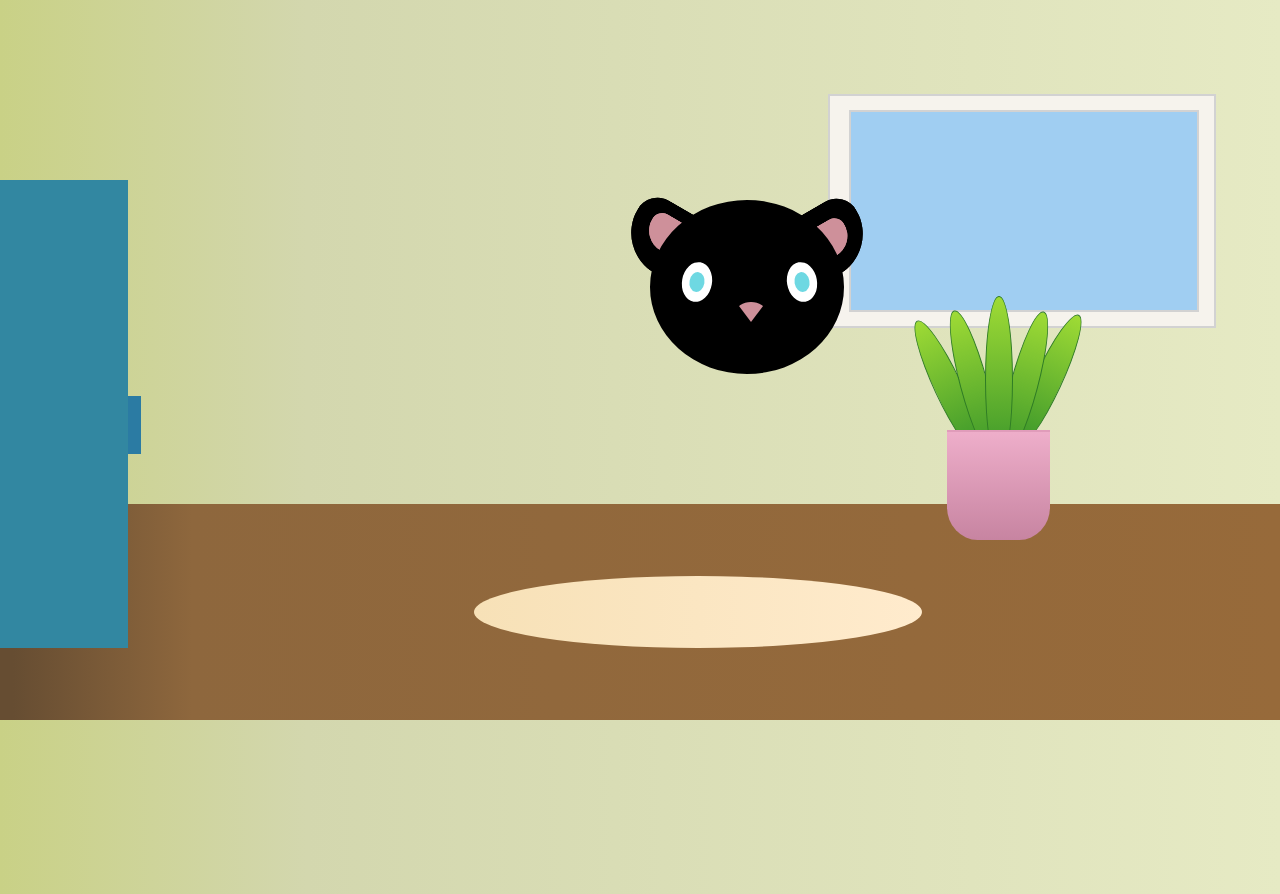
Repository: SandyLy453/COMP-2170-team-project
Page: index.html
An editor plug-in stored every save of this project. The page is shown before and after the next save, followed by the edit.
The browser window is 1280 px wide. The pictures show the whole page.

Above is the page before, as saved 2024-05-03 13:04:01.

### index.html
<!DOCTYPE html>
<html lang="en">
<head>
    <meta charset="UTF-8">
    <meta name="viewport" content="width=device-width, initial-scale=1.0">
    <title>Team Project: Doll Dress-Up Game</title>
    <link rel="stylesheet" href="styles.css" />
</head>
<body>
    <main class="main-area">
        <div class="background">
            <div class="floor"></div>
            <div class="closet">
                <div class="openner"></div>
            </div>
            <div class="carpet"></div>
            <div class="window">
                <div class="outside"></div>
            </div>
            <div class="plantPot">
                <div class="leaves">
                    <div class="plant"></div>
                    <div class="plant-left-one"></div>
                    <div class="plant-right-one"></div>
                    <div class="plant-left-two"></div>
                    <div class="plant-right-two"></div>
                </div>
                <div class="pot"></div>
            </div>
        </div>

        <div class="character">
            <div class="cat">
                <div class="cat-head">
                    <div class="ears">

                        <div class="left-ear">
                            <div class="left-inner-ear">
                            </div>
                        </div>

                        <div class="right-ear">
                            <div class="right-inner-ear">
                            </div>
                        </div>
                    </div>

                    <div class="cat-eyes">
                        <div class="left-eye">
                            <div class="left-inner-eye">
                            </div>
                        </div>
                        <div class="right-eye">
                            <div class="right-inner-eye">
                            </div>
                        </div>
                    </div>

                    <div class="cat-nose"></div>

                    <div class="cat-mouth">
                        <div class="left-line"></div>
                        <div class="right-line"></div>
                    </div>

                    <div class="cat-whiskers-left">
                        <div class="whisker-left-top"></div>
                        <div class="whisker-left-middle"></div>
                        <div class="whisker-left-bottom"></div>
                    </div>
                    <div class="cat-whiskers-right">
                        <div class="whisker-right-top"></div>
                        <div class="whisker-right-middle"></div>
                        <div class="whisker-right-bottom"></div>
                    </div>
                </div>

                <div class="cat-body">
                    <div class="arm left-arm"></div>
                    <div class="arm right-arm"></div>
                    <div class="foot left-foot"></div>
                    <div class="foot right-arm"></div>
                </div>
            </div>
        </div>
    </main>
    <script src="script.js"></script>
</body>
</html>

### styles.css
body {
    margin: 0;
    width: 100vw;
    min-height: 100vh;
    background: linear-gradient(90deg, rgba(201,209,134,1) 0%, rgba(211,215,174,1) 24%, rgba(230,234,196,1) 100%);
}

/* Background styling */

.background {
    z-index: -10;
}

.floor {
    position: absolute;
    bottom: 0;
    width: 100vw;
    height: 30vh;
    background: linear-gradient(90deg, rgba(102,77,50,1) 1%, rgb(142, 103, 61) 15%, rgba(151,106,58,1) 100%);
    z-index: -2;
}

.closet {
    position: absolute;
    bottom: 10vh;
    left: 0;
    width: 10vw;
    height: 65vh;
    background-color: rgb(50, 135, 161);
}

.openner {
    position: relative;
    width: 1vw;
    height: 8vh;
    left: 10vw;
    bottom: -30vh;
    background-color: rgb(43, 123, 163);
}

.carpet {
    width: 35vw;
    height: 10vh;
    border-radius: 50%;
    background: linear-gradient(90deg, rgba(247,225,183,1) 0%, rgba(255,235,205,1) 100%);
    position: absolute;
    bottom: 10vh;
    right: 28vw;
}

.window {
    width: 30vw;
    height: 32vh;
    background-color: rgb(246, 243, 237);
    position: absolute;
    right: 5vw;
    top: 13vh;
    border: 2px solid rgb(210, 210, 210);
    z-index: -10;
}

.outside {
    width: 27vw;
    height: 27.5vh;
    background-color: rgb(160, 206, 242);
    position: relative;
    left: 1.5vw;
    top: 2vh;
    border: 2px solid rgb(210, 210, 210)
}

.plantPot {
    position: absolute;
    right: 18vw;
    bottom: 25vh;
}

.pot {
    width: 8vw;
    height: 15vh;
    background: linear-gradient(180deg, rgba(238,174,202,1) 0%, rgba(199,132,161,1) 100%);
    border-bottom-left-radius: 30%;
    border-bottom-right-radius: 30%;
    border-top: 2px solid rgb(224, 156, 186);
    z-index: 2;
}

.leaves {
    position: relative;
    top: 29rem;
    left: 0.45rem;
}

.plant {
    height: 23vh;
    width: 2vw;
    background: linear-gradient(0deg, rgba(55,148,42,1) 0%, rgba(159,219,53,1) 100%);
    z-index: -1;
    position: relative;
    top: 10.5rem;
    left: 30%;
    border-radius: 100%;
    border: 1px solid rgb(47, 124, 37);
}

.plant-left-one {
    height: 21vh;
    width: 2vw;
    background: linear-gradient(0deg, rgba(55,148,42,1) 0%, rgba(159,219,53,1) 100%);
    z-index: -2;
    position: relative;
    top: 0.75rem;
    left: 0.35rem;
    border-radius: 100%;
    border: 1px solid rgb(47, 124, 37);
    transform: rotate(-15deg);
}

.plant-right-one {
    height: 21vh;
    width: 2vw;
    background: linear-gradient(0deg, rgba(55,148,42,1) 0%, rgba(159,219,53,1) 100%);
    z-index: -3;
    position: relative;
    top: -8.75rem;
    left: 3.5rem;
    border-radius: 100%;
    border: 1px solid rgb(47, 124, 37);
    transform: rotate(15deg);
}

.plant-left-two {
    height: 20vh;
    width: 2vw;
    background: linear-gradient(0deg, rgba(55,148,42,1) 0%, rgba(159,219,53,1) 100%);
    z-index: -4;
    position: relative;
    top: -18rem;
    left: -1.25rem;
    border-radius: 100%;
    border: 1px solid rgb(47, 124, 37);
    transform: rotate(-25deg);
}

.plant-right-two {
    height: 20vh;
    width: 2vw;
    background: linear-gradient(0deg, rgba(55,148,42,1) 0%, rgba(159,219,53,1) 100%);
    z-index: -5;
    position: relative;
    top: -27.5rem;
    left: 5rem;
    border-radius: 100%;
    border: 1px solid rgb(47, 124, 37);
    transform: rotate(25deg);
}



/* Cat styling */

.cat-head {
    position: absolute;
    right: 0;
    left: 650px;
    top: 200px;
    bottom: 0;
    background-color: black;
    width: 190px;
    height: 170px;
    border: 2px solid black;
    border-radius: 50%;
}

.left-ear {
    position: absolute;
    z-index: -1;
    top: 0;
    left: -25px;
    border-top-left-radius: 80px;
    border-top-right-radius: 40px;
    transform: rotate(-60deg);
    border-left: 35px solid black;
    border-right: 35px solid black;
    border-bottom: 70px solid black;
}

.right-ear {
    position: absolute;
    z-index: -1;
    top: 1px;
    left: 145px;
    border-top-left-radius: 40px;
    border-top-right-radius: 80px;
    transform: rotate(60deg);
    border-left: 35px solid black;
    border-right: 35px solid black;
    border-bottom: 70px solid black;
}

.left-inner-ear {
    position: absolute;
    top: 0;
    left: -30px;
    transform: scale(0.5);
    border-top-left-radius: 80px;
    border-top-right-radius: 40px;
    border-bottom-right-radius: 40%;
    border-bottom-left-radius: 40%;
    border-left: 35px solid rgb(206, 144, 154);
    border-right: 35px solid rgb(206, 144, 154);
    border-bottom: 70px solid rgb(206, 144, 154);
}

.right-inner-ear {
    position: absolute;
    top: 0px;
    left: -35px;
    transform: scale(0.5);
    border-top-left-radius: 40px;
    border-top-right-radius: 80px;
    border-bottom-right-radius: 40%;
    border-bottom-left-radius: 40%;
    border-left: 35px solid rgb(206, 144, 154);
    border-right: 35px solid rgb(206, 144, 154);
    border-bottom: 70px solid rgb(206, 144, 154);
}

.left-eye {
    position: absolute;
    top: 60px;
    left: 30px;
    border-radius: 60%;
    transform: rotate(10deg);
    width: 30px;
    height: 40px;
    background-color: white;
}

.right-eye {
    position: absolute;
    top: 60px;
    left: 135px;
    border-radius: 60%;
    transform: rotate(-10deg);
    width: 30px;
    height: 40px;
    background-color: white;
}

.left-inner-eye {
    position: absolute;
    top: 0px;
    left: 0px;
    border-radius: 60%;
    transform: scale(0.5);
    width: 30px;
    height: 40px;
    background-color: rgba(80, 208, 220, 0.831);
}

.right-inner-eye {
    position: absolute;
    top: 0px;
    left: 0px;
    border-radius: 60%;
    transform: scale(0.5);
    width: 30px;
    height: 40px;
    background-color: rgba(80, 208, 220, 0.831);
}

.cat-nose {
    position: absolute;
    top: 100px;
    left: 84px;
    border-top-left-radius: 50%;
    border-top-right-radius: 50%;
    border-bottom-right-radius: 50%;
    border-bottom-left-radius: 50%;
    transform: rotate(180deg);
    border-left: 15px solid transparent;
    border-right: 15px solid transparent;
    border-bottom: 20px solid rgb(206, 144, 154);
}

### script.js
const shirts = ["shirt1","shirt2","shirt3","shirt4", "shirt5"]

const bottoms = ["bottom1","bottom2","bottom3","bottom4", "bottom5"]

const accessories = ["acc1","acc2","acc3","acc4", "acc5"]

After the next save:
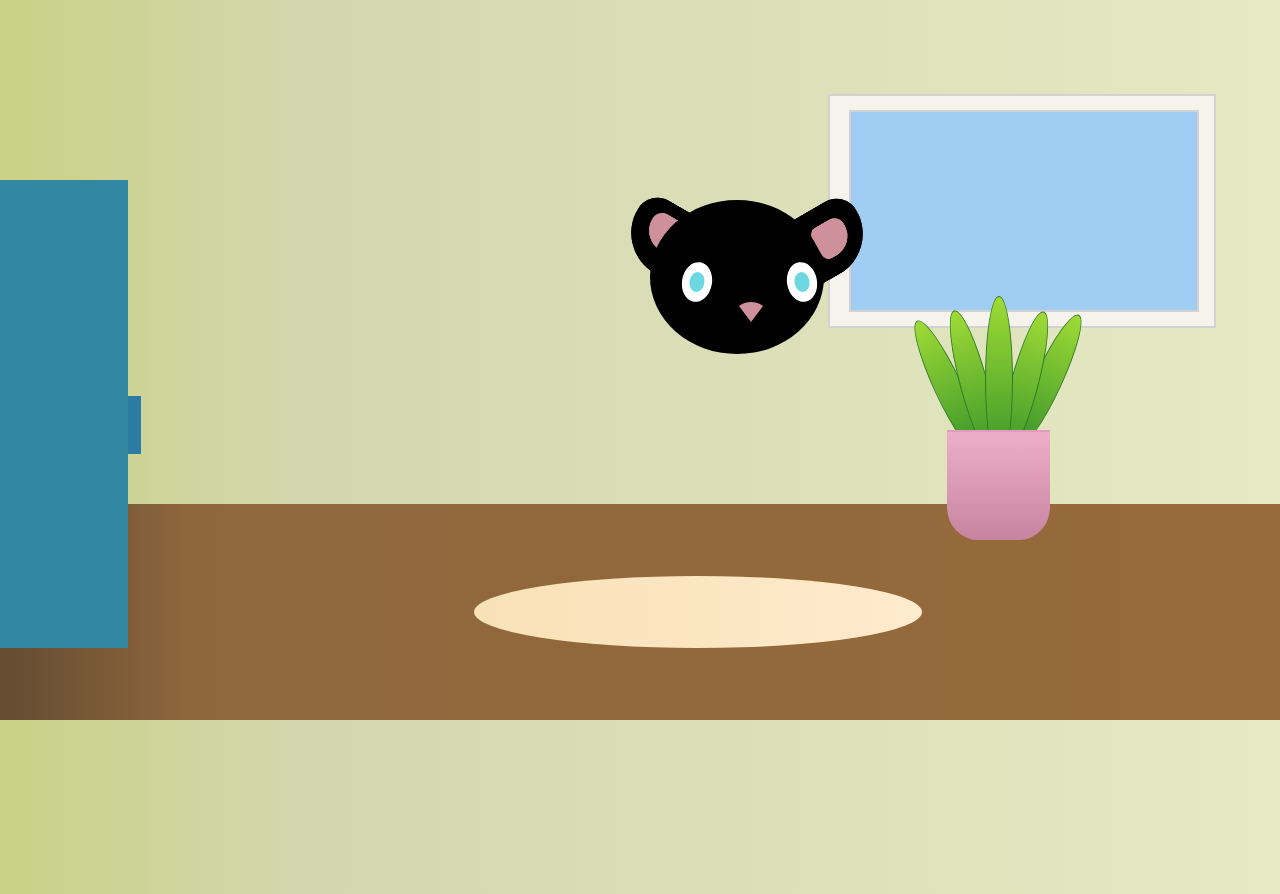
Saved 2 min 5 s later.
--- a/styles.css
+++ b/styles.css
@@ -166,8 +166,8 @@ body {
     top: 200px;
     bottom: 0;
     background-color: black;
-    width: 190px;
-    height: 170px;
+    width: 170px;
+    height: 150px;
     border: 2px solid black;
     border-radius: 50%;
 }
